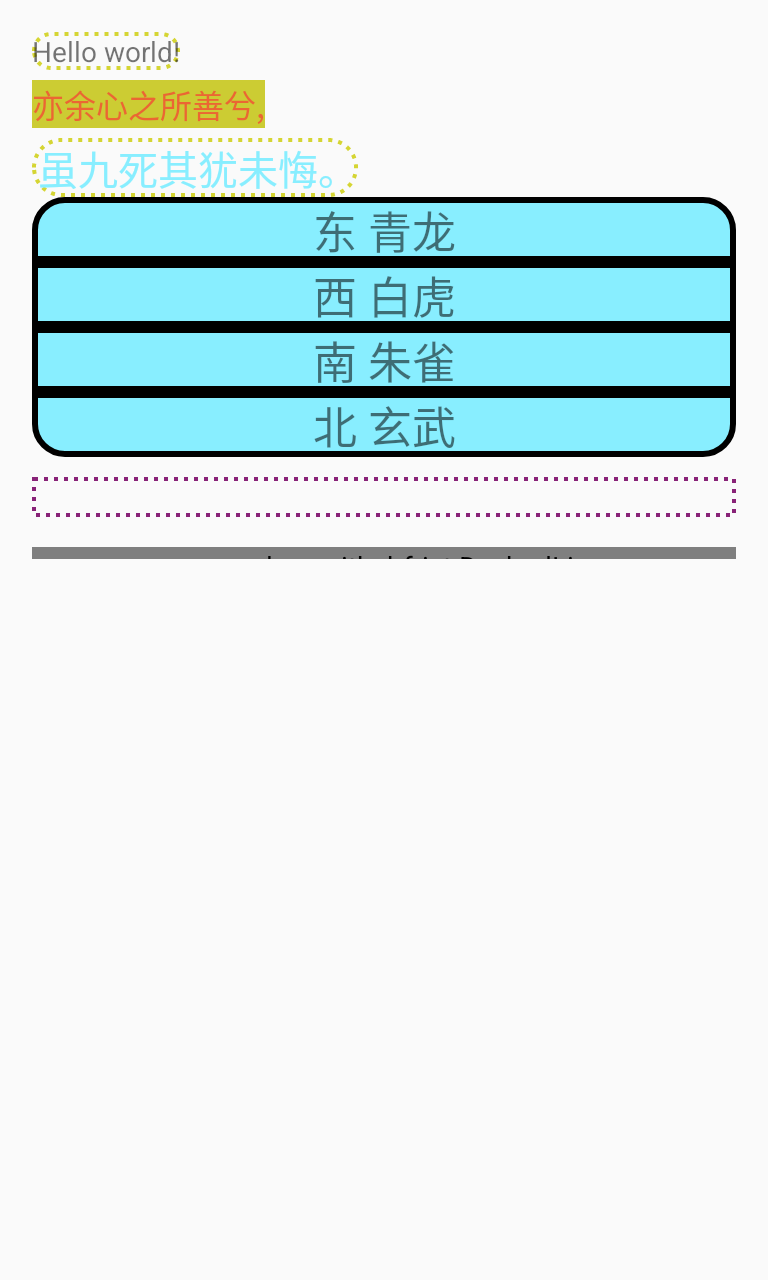
Repository: duhei/cici
Layout: GitHubFrist/res/layout/activity_main.xml
The author's editor kept a copy of each file at every save. The layout is drawn from the files as they stood at one save, then again after the next save.
Pictures or frames that could not be fetched are drawn as grey boxes. It is drawn on a 768 x 1280 px phone screen (xhdpi) without system bars, with theme AppTheme; the app's code is not run.

Above is the layout before, as saved 2015-07-10 09:33:27.

After the next save:
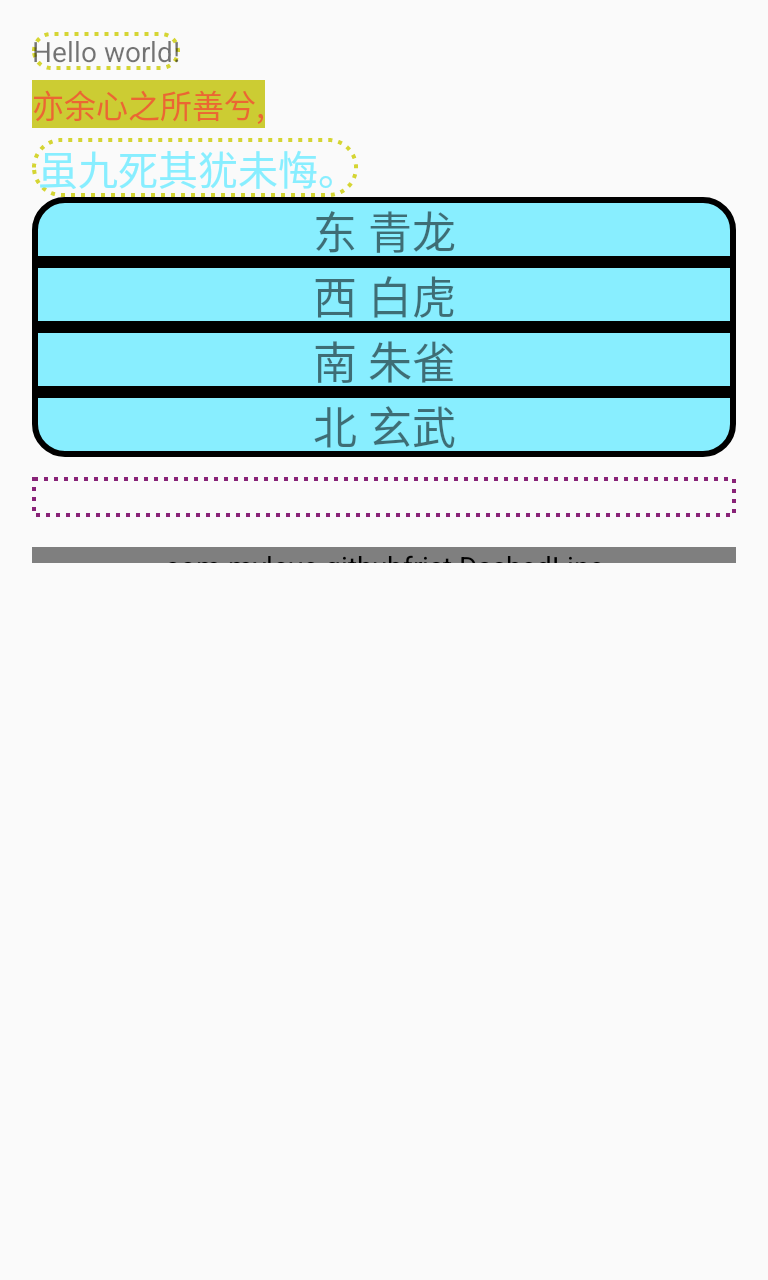
Saved 8 s later.
--- a/GitHubFrist/res/layout/activity_main.xml
+++ b/GitHubFrist/res/layout/activity_main.xml
@@ -87,7 +87,7 @@
 
     <com.mylove.githubfrist.DashedLine
         android:layout_width="match_parent"
-        android:layout_height="6dp"
+        android:layout_height="8dp"
         ></com.mylove.githubfrist.DashedLine>
 
 </LinearLayout>
